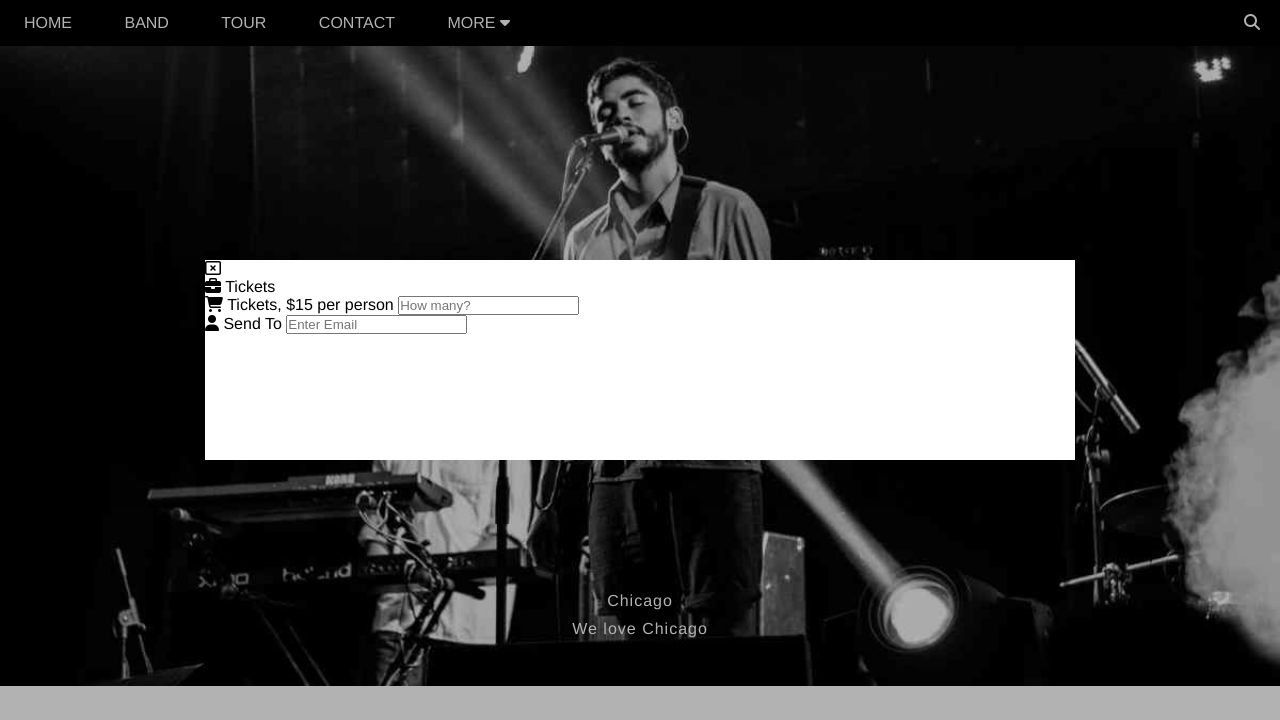
Repository: NguyenMinhChau/Theband
Page: index.html
An editor plug-in stored every save of this project. The page is shown before and after the next save, followed by the edit.
The browser window is 1280 px wide. The pictures show the window.
A layer covers the whole window, so only the first screen is drawn. Some web libraries are served in a nearby version.

Above is the page before, as saved 2021-10-23 12:50:40.

After the next save:
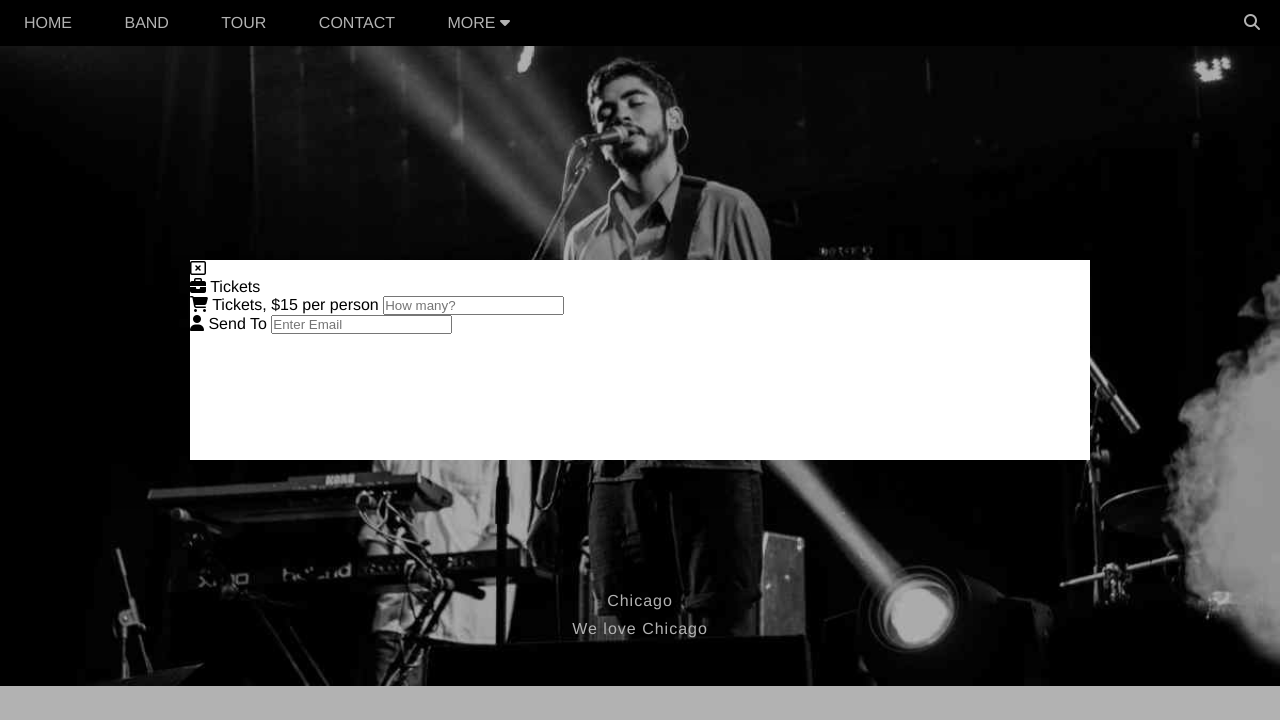
Saved 7 s later.
--- a/assets/css/style.css
+++ b/assets/css/style.css
@@ -310,7 +310,7 @@
 
 .modal-container{
     background-color: #fff;
-    width: calc(900px - 30px);
+    width: 900px;
     min-height: 200px;
 }
 
